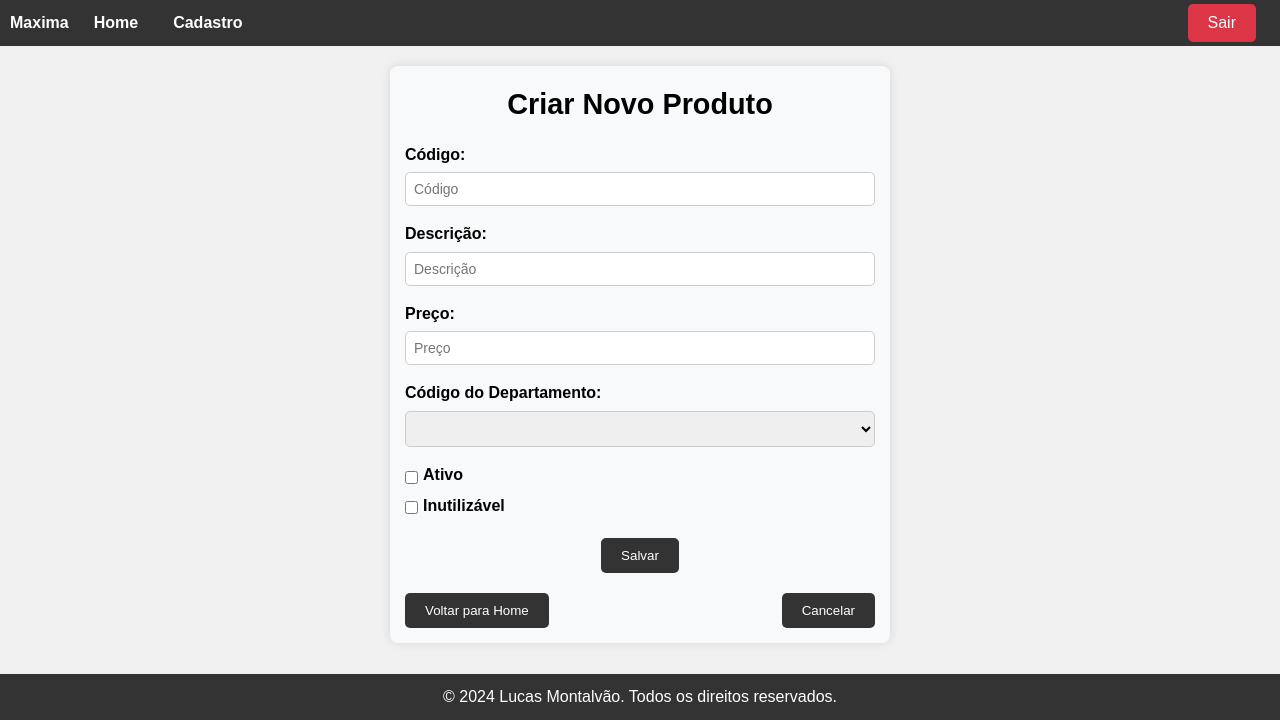
Repository: LucasMontalvao1/ProjetoMaxima
Page: /produto/criar (app in AngularMaxima/)
These files come from the project's save history. The page is drawn as it stood at one moment and after a run of saves; the edit follows.
The browser window is 1280 px wide. The pictures show the whole page.
The page's requests for data from a server got no answer. The project was rebuilt for these pictures with package versions that can differ from the ones it lists, and the page was loaded fresh each time. No one was signed in, and anything a server would have sent is missing. Also part of the build but not shown: AngularMaxima/angular.json, AngularMaxima/src/app/pages/login/login.component.ts, AngularMaxima/src/app/pages/home/home.component.ts, AngularMaxima/src/app/pages/produto/produto.component.ts, AngularMaxima/src/app/pages/departamento/departamento.component.ts.

Above is the page before, as saved 2024-07-14 22:23:29.

### AngularMaxima/src/index.html
<!doctype html>
<html lang="en">
<head>
  <meta charset="utf-8">
  <title>AngularMaxima</title>
  <base href="/">
  <meta name="viewport" content="width=device-width, initial-scale=1">
  <link rel="icon" type="image/x-icon" href="favicon.ico">
</head>
<body>
  <app-root></app-root>
</body>
</html>

### AngularMaxima/src/styles.css
* {
  margin: 0;
  padding: 0;
  box-sizing: border-box;
}

body {
  font-family: Arial, sans-serif;
  background-color: #f0f0f0;
  font-size: 16px;
  line-height: 1.6;
}

.container {
  display: flex;
  flex-direction: column;
  justify-content: space-between;
  min-height: 100vh;
}

### AngularMaxima/src/app/app.module.ts
import { NgModule } from '@angular/core';
import { BrowserModule } from '@angular/platform-browser';

import { AppRoutingModule } from './app-routing.module';
import { AppComponent } from './app.component';
import { LoginComponent } from './pages/login/login.component';
import { ReactiveFormsModule } from '@angular/forms';
import { HttpClientModule } from '@angular/common/http';
import { AuthService } from './services/auth.service';
import { HomeComponent } from './pages/home/home.component';
import { MenuComponent } from './layout/menu/menu.component';
import { FooterComponent } from './layout/footer/footer.component';
import { ProdutosComponent } from './pages/produto/produto.component';
import { DepartamentoComponent } from './pages/departamento/departamento.component';
import { ProdutosCriarComponent } from '../../src/app/pages/produto/produto-criar/produto-criar.component';

@NgModule({
  declarations: [
    AppComponent,
    LoginComponent,
    HomeComponent,
    MenuComponent,
    FooterComponent,
    ProdutosComponent,
    DepartamentoComponent,
    ProdutosCriarComponent,

  ],
  imports: [
    BrowserModule,
    AppRoutingModule,
    ReactiveFormsModule,
    HttpClientModule
  ],
  providers: [AuthService],
  bootstrap: [AppComponent]
})
export class AppModule { }

### AngularMaxima/src/app/app-routing.module.ts
import { NgModule } from '@angular/core';
import { RouterModule, Routes } from '@angular/router';
import { LoginComponent } from './pages/login/login.component';
import { HomeComponent } from './pages/home/home.component';
import { ProdutosComponent } from './pages/produto/produto.component';
import { DepartamentoComponent } from './pages/departamento/departamento.component';
import { ProdutosCriarComponent } from './pages/produto/produto-criar/produto-criar.component';

const routes: Routes = [
  { path: '', redirectTo: '/login', pathMatch: 'full'},
  { path: 'login', component: LoginComponent},
  { path: 'home', component: HomeComponent},
  { path: 'produto', component: ProdutosComponent},
  { path: 'produto/criar', component: ProdutosCriarComponent},
  { path: 'departamento', component: DepartamentoComponent},
];

@NgModule({
  imports: [RouterModule.forRoot(routes)],
  exports: [RouterModule]
})
export class AppRoutingModule { }

### AngularMaxima/src/app/app.component.ts
import { Component } from '@angular/core';

@Component({
  selector: 'app-root',
  templateUrl: './app.component.html',
  styleUrls: ['./app.component.css']
})
export class AppComponent {
  title = 'AngularMaxima';
}

### AngularMaxima/src/app/services/auth.service.ts
import { Injectable } from '@angular/core';
import { HttpClient } from '@angular/common/http';
import { Observable } from 'rxjs';
import { environment } from '../../../src/environments/environment';
import { Router } from '@angular/router';

@Injectable({
  providedIn: 'root'
})
export class AuthService {

  private apiUrl = environment.apiUrl;

  constructor(private http: HttpClient, private router: Router) { }

  login(username: string, password: string): Observable<any> {
    const body = { username, password };
    return this.http.post<any>(`${this.apiUrl}/login`, body, { responseType: 'text' as 'json' });
  }

    logout() {
    this.router.navigate(['/login']);
    }
}

### AngularMaxima/src/app/layout/menu/menu.component.ts
import { Component } from '@angular/core';
import { AuthService } from '../../services/auth.service';

@Component({
  selector: 'app-menu',
  templateUrl: './menu.component.html',
  styleUrls: ['./menu.component.css']
})
export class MenuComponent {

  constructor(private authService: AuthService) {}

  logout() {
    this.authService.logout();
  }
}

### AngularMaxima/src/app/pages/produto/produto-criar/produto-criar.component.ts
import { Component, OnInit } from '@angular/core';
import { FormBuilder, FormGroup, Validators } from '@angular/forms';
import { Router } from '@angular/router';
import { ProdutoService } from '../../../services/produto.service';
import { DepartamentoService } from 'src/app/services/departamento.service';
import { Departamento } from 'src/app/models/departamento.model';

@Component({
  selector: 'app-produtos-criar',
  templateUrl: './produto-criar.component.html',
  styleUrls: ['./produto-criar.component.css']
})
export class ProdutosCriarComponent implements OnInit {

  produtoForm!: FormGroup;
  departamentosAtivos: Departamento[] = [];

  constructor(
    private formBuilder: FormBuilder,
    private router: Router,
    private produtoService: ProdutoService,
    private departamentoService: DepartamentoService
  ) {}

  ngOnInit(): void {
    this.produtoForm = this.formBuilder.group({
      codigo: ['', Validators.required],
      descricao: ['', Validators.required],
      preco: ['', Validators.required],
      departamentoCodigo: ['', Validators.required],
      status: [false],
      inutilizavel: [false]
    });

    this.carregarDepartamentos();
  }

  carregarDepartamentos() {
    this.departamentoService.getAllDepartamentos().subscribe(
      (data: Departamento[]) => {
        this.departamentosAtivos = data;
      },
      (error) => {
        console.error('Erro ao carregar departamentos:', error);
      }
    );
  }

  onSubmit() {
    if (this.produtoForm.valid) {
      const statusValue = this.produtoForm.get('status')?.value ? 1 : 0;
      const inutilizavelValue = this.produtoForm.get('inutilizavel')?.value ? 1 : 0;

      const { codigo, descricao, preco, departamentoCodigo } = this.produtoForm.value;

      this.produtoService.createProduto(
        codigo,
        descricao,
        preco,
        departamentoCodigo,
        statusValue,
        inutilizavelValue
      ).subscribe(
        (response) => {
          console.log('Produto criado com sucesso:', response);
          this.router.navigate(['/produtos']);
        },
        (error) => {
          console.error('Erro ao criar produto:', error);
        }
      );
    } else {
      console.error('Formulário inválido. Verifique os campos.');
    }
  }

  voltarParaHome() {
    this.router.navigate(['/home']);
  }

  voltarParaProdutos() {
    this.router.navigate(['/produtos']);
  }
}

### AngularMaxima/src/environments/environment.ts
export const environment = {
  production: false,
  apiUrl: 'https://localhost:7041'
};

### AngularMaxima/src/app/layout/menu/menu.component.html
<div class="menu-container">
  <nav class="menu">
    <ul>
      <li>Maxima</li>
      <li><a routerLink="/home">Home</a></li>
      <li class="cadastro">
        <a>Cadastro</a>
        <div class="submenu">
          <a routerLink="/produto">Produtos</a>
          <a routerLink="/departamento">Departamentos</a>
        </div>
      </li>
    </ul>
  </nav>

  <div class="user-actions">
    <button class="logout-button" (click)="logout()">Sair</button>
  </div>
</div>

### AngularMaxima/src/app/layout/menu/menu.component.css
.menu {
  background-color: #333;
  color: white;
  padding: 10px;
  display: flex;
  justify-content: space-between;
  align-items: center;
  width: 100%;
}

.menu ul {
  list-style-type: none;
  display: flex;
}

.menu ul li {
  margin-right: 15px;
  position: relative;
  font-weight: bold;
}

.menu ul li a {
  color: white;
  text-decoration: none;
  font-weight: bold;
  padding: 10px;
  position: relative;
}

.menu ul li a:hover {
  text-decoration: underline;
}

.submenu {
  display: none;
  position: absolute;
  background-color: #333;
  padding: 10px;
  top: 100%;
  left: 0;
  z-index: 1;
  width: 200px;
}

.menu ul li.cadastro:hover .submenu {
  display: block;
}

.submenu a {
  display: block;
  color: white;
  text-decoration: none;
  padding: 8px 12px;
}

.submenu a:hover {
  background-color: #555;
}

.user-actions {
  margin-left: auto;
}

.logout-button {
  background-color: #dc3545;
  color: white;
  border: none;
  padding: 10px 20px;
  border-radius: 5px;
  cursor: pointer;
  font-size: 1rem;
  margin: 4px;
}

.logout-button:hover {
  background-color: #c82333;
}

.header {
  position: fixed;
  top: 0;
  left: 0;
  width: 100%;
  background-color: #333;
  color: white;
  padding: 10px 20px;
  display: flex;
  justify-content: space-between;
  align-items: center;
}

.menu-container {
  display: flex;
  align-items: center;
}

.user-actions {
  position: absolute;
  top: 0;
  right: 20px;
}

### AngularMaxima/src/app/layout/footer/footer.component.html
<footer class="footer">
  <p>&copy; 2024 Lucas Montalvão. Todos os direitos reservados.</p>
</footer>

### AngularMaxima/src/app/layout/footer/footer.component.css
.footer {
  background-color: #333;
  color: white;
  text-align: center;
  position: fixed;
  bottom: 0;
  width: 100%;
  padding: 10px 0;
}

### AngularMaxima/src/app/services/produto.service.ts
import { Injectable } from '@angular/core';
import { HttpClient } from '@angular/common/http';
import { Observable } from 'rxjs';
import { environment } from '../../../src/environments/environment';
import { Produto } from '../models/produto.model';

@Injectable({
  providedIn: 'root'
})
export class ProdutoService {

  private apiUrl = environment.apiUrl + '/produto';

  constructor(private http: HttpClient) { }

  getAllProdutos(): Observable<Produto[]> {
    return this.http.get<Produto[]>(this.apiUrl);
  }

  getProdutoById(id: number): Observable<Produto> {
    const url = `${this.apiUrl}/${id}`;
    return this.http.get<Produto>(url);
  }

  createProduto(codigo: string, descricao: string, preco: number, departamentoCodigo: string, status: number, inutilizavel: number): Observable<Produto> {
    const produto = {
      id: 0,
      codigo,
      descricao,
      departamentoCodigo,
      preco,
      status,
      inutilizavel
    };

    return this.http.post<Produto>(this.apiUrl, produto);
  }

  updateProduto(id: number, produto: Produto): Observable<Produto> {
    const url = `${this.apiUrl}/${id}`;
    return this.http.put<Produto>(url, produto);
  }

  deleteProduto(id: number): Observable<any> {
    const url = `${this.apiUrl}/${id}`;
    return this.http.delete<any>(url);
  }
}

### AngularMaxima/src/app/services/departamento.service.ts
import { Injectable } from '@angular/core';
import { HttpClient } from '@angular/common/http';
import { Observable } from 'rxjs';
import { environment } from '../../environments/environment';
import { Departamento } from '../models/departamento.model';

@Injectable({
  providedIn: 'root'
})
export class DepartamentoService {

  private apiUrl = environment.apiUrl + '/departamento';

  constructor(private http: HttpClient) { }

  getAllDepartamentos(): Observable<Departamento[]> {
    return this.http.get<Departamento[]>(this.apiUrl);
  }

  getDepartamentoByCodigo(codigo: string): Observable<Departamento> {
    return this.http.get<Departamento>(`${this.apiUrl}/codigo/${codigo}`);
  }

  createDepartamento(departamento: Departamento): Observable<Departamento> {
    return this.http.post<Departamento>(this.apiUrl, departamento);
  }

  updateDepartamento(id: number, departamento: Departamento): Observable<Departamento> {
    return this.http.put<Departamento>(`${this.apiUrl}/${id}`, departamento);
  }

  deleteDepartamento(id: number): Observable<any> {
    return this.http.delete<any>(`${this.apiUrl}/${id}`);
  }
}

### AngularMaxima/src/app/pages/produto/produto-criar/produto-criar.component.html
<app-menu></app-menu>

<div class="container">
  <div class="form-container">
    <h2 class="titulo">Criar Novo Produto</h2>
    <form *ngIf="produtoForm" [formGroup]="produtoForm" (ngSubmit)="onSubmit()">
      <div class="form-group">
        <label for="codigo">Código:</label>
        <input type="text" class="form-control" id="codigo" formControlName="codigo" placeholder="Código">
        <div *ngIf="produtoForm.get('codigo')?.invalid && produtoForm.get('codigo')?.touched" class="invalid-feedback">
          Código é obrigatório.
        </div>
      </div>
      <div class="form-group">
        <label for="descricao">Descrição:</label>
        <input type="text" class="form-control" id="descricao" formControlName="descricao" placeholder="Descrição">
        <div *ngIf="produtoForm.get('descricao')?.invalid && produtoForm.get('descricao')?.touched" class="invalid-feedback">
          Descrição é obrigatória.
        </div>
      </div>
      <div class="form-group">
        <label for="preco">Preço:</label>
        <input type="number" class="form-control" id="preco" formControlName="preco" placeholder="Preço">
        <div *ngIf="produtoForm.get('preco')?.invalid && produtoForm.get('preco')?.touched" class="invalid-feedback">
          Preço é obrigatório.
        </div>
      </div>
      <div class="form-group">
        <label for="departamentoCodigo">Código do Departamento:</label>
        <select class="form-control" id="departamentoCodigo" formControlName="departamentoCodigo">
          <option *ngFor="let departamento of departamentosAtivos" [value]="departamento.codigo">{{ departamento.descricao }}</option>
        </select>
        <div *ngIf="produtoForm.get('departamentoCodigo')?.invalid && produtoForm.get('departamentoCodigo')?.touched" class="invalid-feedback">
          Código do Departamento é obrigatório.
        </div>
      </div>
      <div class="form-group">
        <div class="form-check-inline">
          <input type="checkbox" class="form-check-input" id="status" formControlName="status">
          <label class="form-check-label" for="status">Ativo</label>
        </div>
        <div class="form-check-inline">
          <input type="checkbox" class="form-check-input" id="inutilizavel" formControlName="inutilizavel">
          <label class="form-check-label" for="inutilizavel">Inutilizável</label>
        </div>
      </div>
      <button type="submit" class="btn btn-primary mt-3">Salvar</button>
    </form>
    <div class="button-group mt-3">
      <button class="btn btn-secondary" routerLink="/home">Voltar para Home</button>
      <button class="btn btn-secondary" routerLink="/produto">Cancelar</button>
    </div>
  </div>
</div>

<app-footer></app-footer>

### AngularMaxima/src/app/pages/produto/produto-criar/produto-criar.component.css
.container {
  display: flex;
  justify-content: center;
  align-items: center;
  min-height: calc(100vh - 140px);
  padding-top: 20px;
  padding-bottom: 20px;
}

.form-container {
  max-width: 500px;
  width: 100%;
  padding: 15px;
  background-color: #f8f9fa;
  border-radius: 8px;
  box-shadow: 0 0 10px rgba(0, 0, 0, 0.1);
  text-align: center;
}

.titulo {
  font-size: 1.8rem;
  margin-bottom: 15px;
}

.form-group {
  margin-bottom: 15px;
  text-align: left;
}

.form-group label {
  display: block;
  margin-bottom: 5px;
  font-weight: bold;
}

.form-group .form-control {
  width: 100%;
  padding: 8px;
  font-size: 14px;
  border: 1px solid #ccc;
  border-radius: 5px;
}

.form-check {
  display: flex;
  align-items: center;
  margin-bottom: 10px;
}

.form-check-inline {
  display: flex;
  align-items: center;
  margin-right: 20px;
}

.form-check-label {
  margin-left: 5px;
}

.invalid-feedback {
  color: #dc3545;
  font-size: 14px;
  margin-top: 5px;
}

.btn-primary {
  background-color: #333;
  color: white;
  border: none;
  padding: 10px 20px; /* Ajustar o padding do botão */
  border-radius: 5px;
  cursor: pointer;
}

.btn-primary:hover {
  background-color: #0056b3;
}

.btn-secondary {
  background-color: #333;
  color: white;
  border: none;
  padding: 10px 20px;
  border-radius: 5px;
  cursor: pointer;
}

.btn-secondary:hover {
  background-color: #0056b3;
}

.button-group {
  display: flex;
  justify-content: space-between;
  margin-top: 20px;
}

Loaded but not shown: AngularMaxima/src/main.ts (common file); AngularMaxima/src/app/layout/footer/footer.component.ts (common file); AngularMaxima/src/app/app.component.html (common file); AngularMaxima/src/app/app.component.css (no stored copy; drawn as an empty file)

After the next 3 saves:
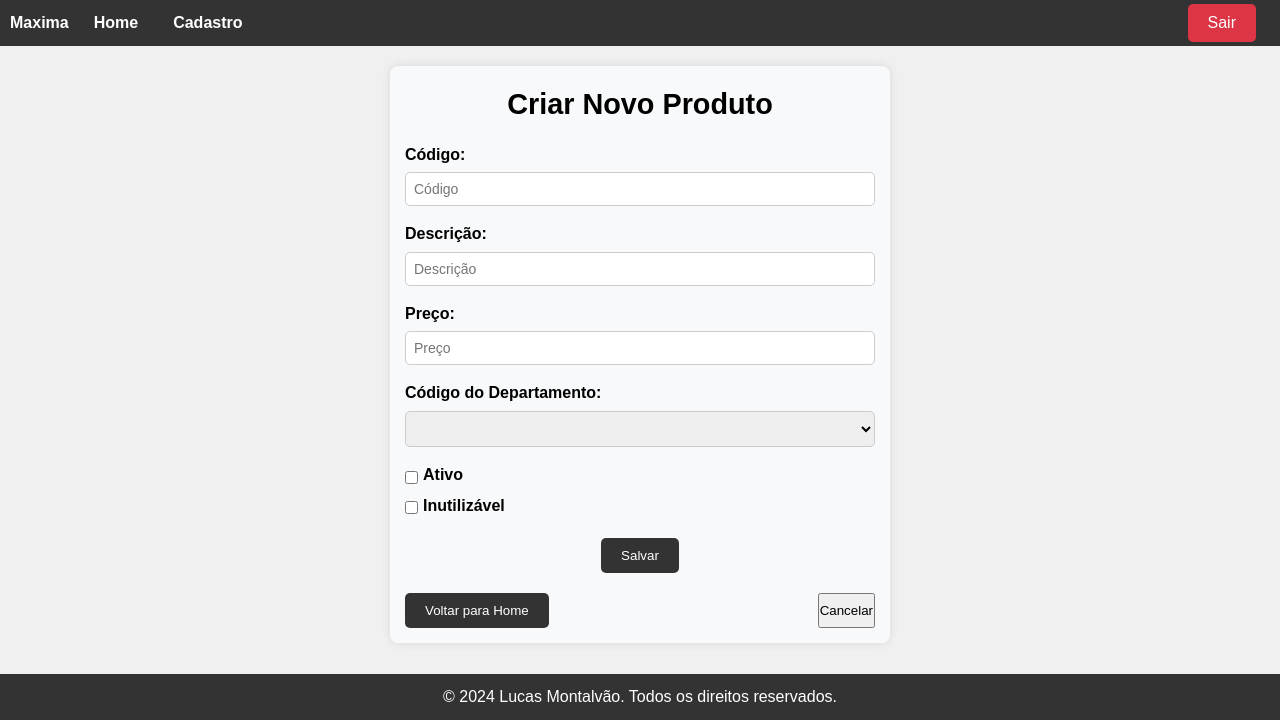
The 3 saves are shown as one change because they came seconds apart.
The last was saved 18 s later.
--- a/AngularMaxima/src/app/pages/produto/produto-criar/produto-criar.component.html
+++ b/AngularMaxima/src/app/pages/produto/produto-criar/produto-criar.component.html
@@ -48,7 +48,7 @@
     </form>
     <div class="button-group mt-3">
       <button class="btn btn-secondary" routerLink="/home">Voltar para Home</button>
-      <button class="btn btn-secondary" routerLink="/produto">Cancelar</button>
+      <button class="btn btn-tres" routerLink="/produto">Cancelar</button>
     </div>
   </div>
 </div>

After the 3 saves that followed:
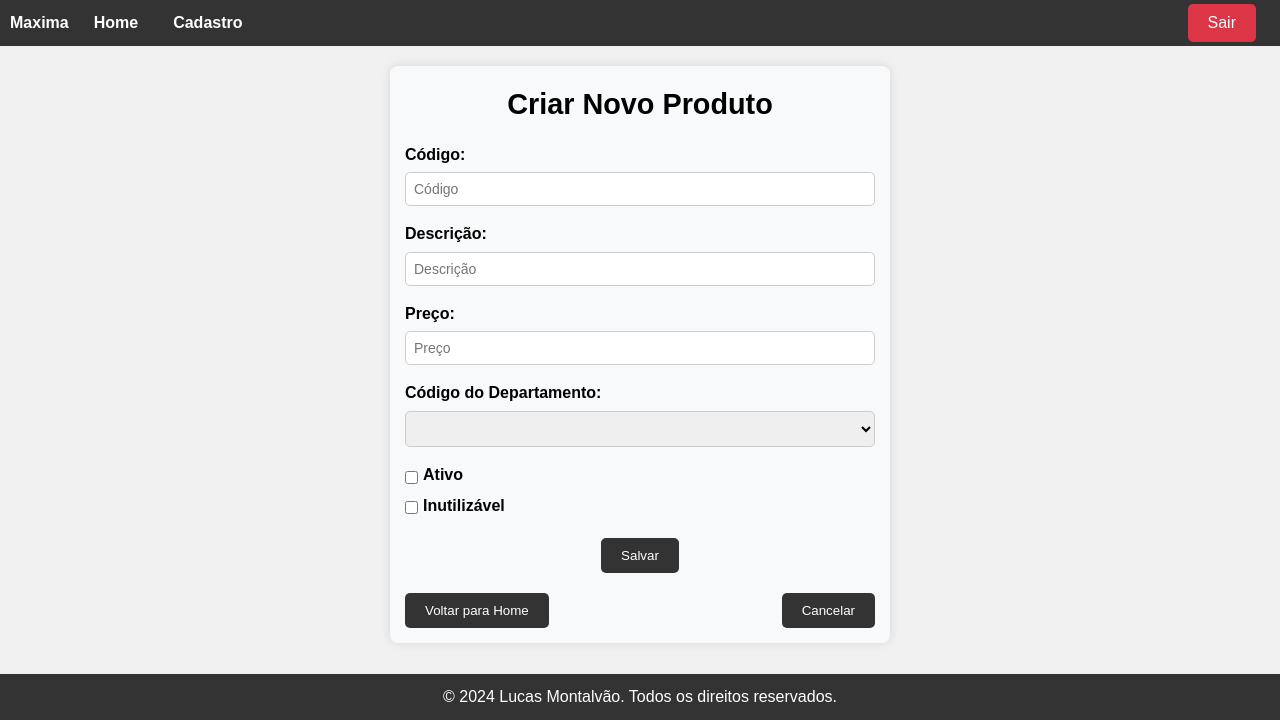
The 3 saves are shown as one change because 2 left the picture as it was.
The last was saved 78 s later.
--- a/AngularMaxima/src/app/pages/produto/produto-criar/produto-criar.component.html
+++ b/AngularMaxima/src/app/pages/produto/produto-criar/produto-criar.component.html
@@ -48,7 +48,7 @@
     </form>
     <div class="button-group mt-3">
       <button class="btn btn-secondary" routerLink="/home">Voltar para Home</button>
-      <button class="btn btn-tres" routerLink="/produto">Cancelar</button>
+      <button class="btn btn-cancelar" routerLink="/produto">Cancelar</button>
     </div>
   </div>
 </div>
--- a/AngularMaxima/src/app/pages/produto/produto-criar/produto-criar.component.css
+++ b/AngularMaxima/src/app/pages/produto/produto-criar/produto-criar.component.css
@@ -94,3 +94,16 @@
   justify-content: space-between;
   margin-top: 20px;
 }
+
+.btn-cancelar {
+  background-color: #333;
+  color: white;
+  border: none;
+  padding: 10px 20px;
+  border-radius: 5px;
+  cursor: pointer;
+}
+
+.btn-secondary:hover {
+  background-color: #0056b3;
+}
